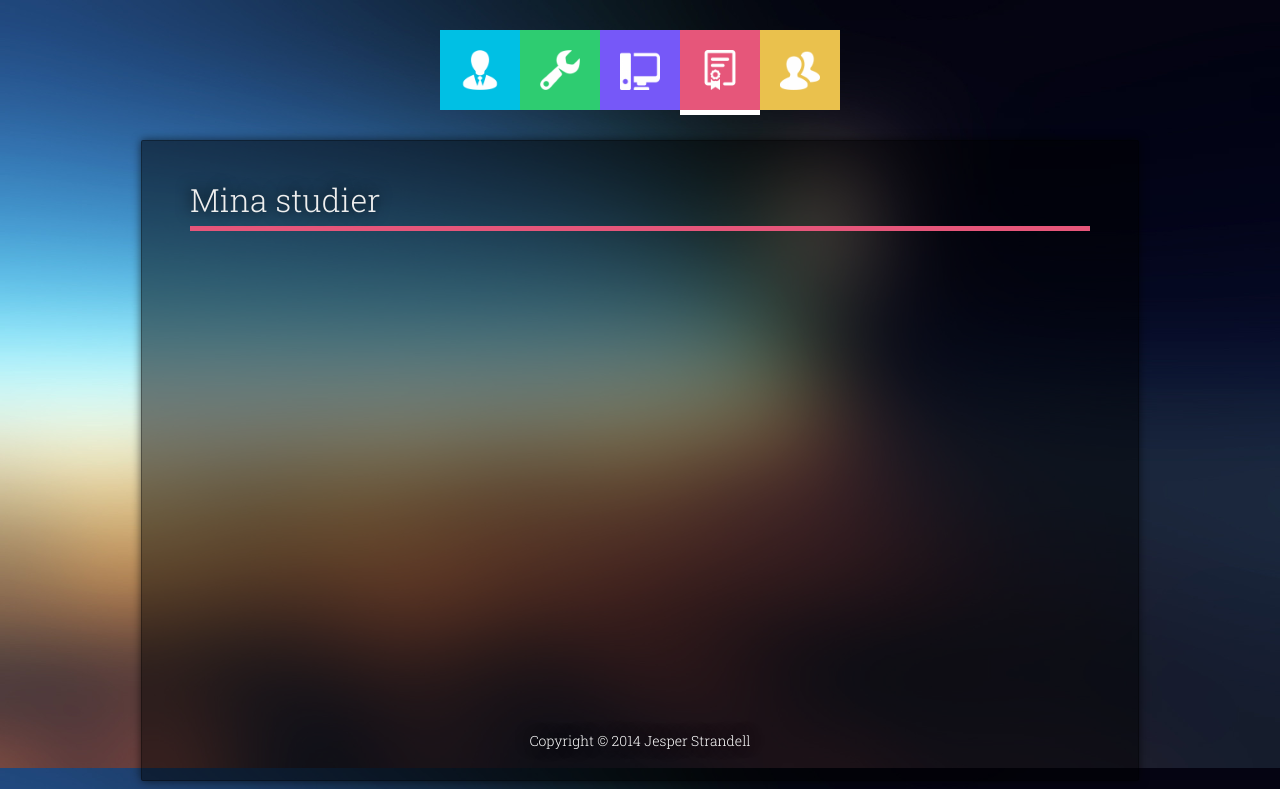
Repository: ja222vv/minipage
Page: pages/portfolio.html
The author's editor kept a record of every edit. The page is drawn from the files as they stood at one moment, then again after the next edit.
The browser window is 1280 px wide. The pictures show the whole page.
Backgrounds fixed to the window are drawn as part of the page.

Above is the page before.
Not found: pages/scripts/script.js

After the next edit:
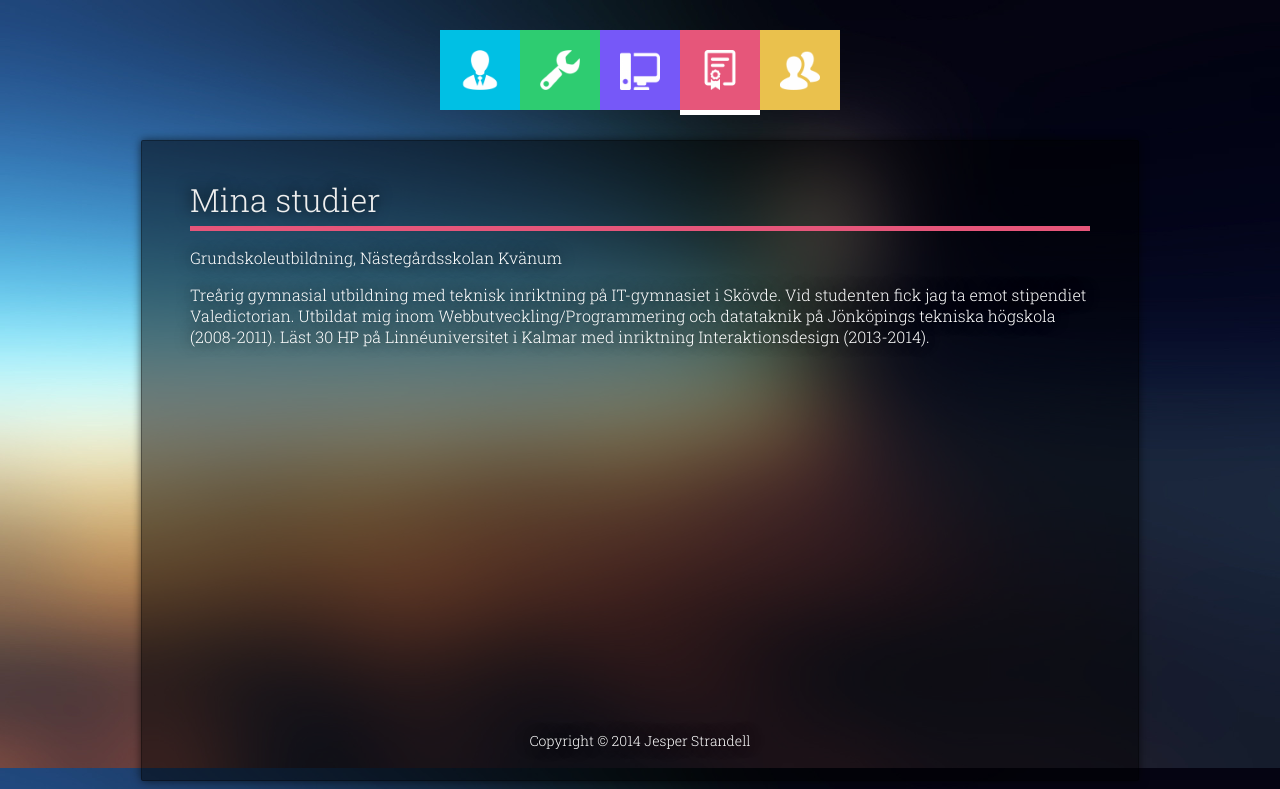
The edit:
--- a/pages/portfolio.html
+++ b/pages/portfolio.html
@@ -45,6 +45,14 @@
             </div>
             <div class="subcontent">
                 <p>
+                    Grundskoleutbildning, Nästegårdsskolan Kvänum
+                </p>
+                <p>
+
+                </p>
+Treårig gymnasial utbildning med teknisk inriktning på IT-gymnasiet i Skövde. Vid studenten fick jag ta emot stipendiet Valedictorian.
+Utbildat mig inom Webbutveckling/Programmering och datataknik på Jönköpings tekniska högskola (2008-2011).
+Läst 30 HP på Linnéuniversitet i Kalmar med inriktning Interaktionsdesign (2013-2014).
 
                 </p>
             </div>
